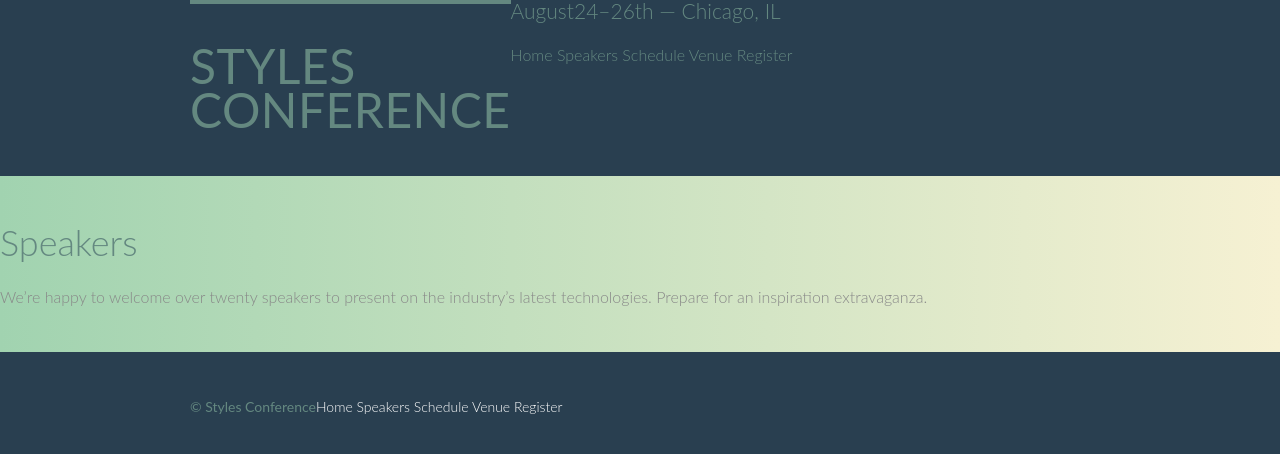
Repository: igorkovski/styles-conference
Page: speakers.html
The author's editor kept a record of every edit. The page is drawn from the files as they stood at one moment, then again after the next edit.
The browser window is 1280 px wide. The pictures show the whole page.

Above is the page before.

After the next edit:
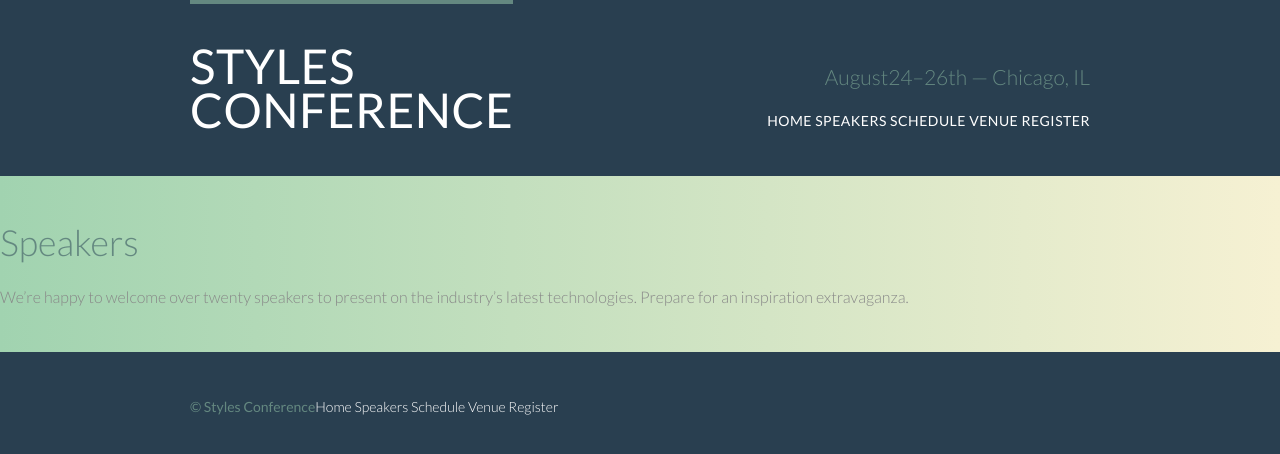
The edit:
--- a/speakers.html
+++ b/speakers.html
@@ -1,29 +1,33 @@
 <!DOCTYPE html>
 <html lang="en">
+
 	<head>
 		<meta charset="utf-8">
 		<title>Styles Conference</title>
 		<link rel="stylesheet" href="assets/stylesheets/main.css">
+    	           <link rel="stylesheet" href="http://fonts.googleapis.com/css?family=Lato:100,300,400">
 
 	</head>
 
 	<body>
-		<header class="container group">
-			<h1 class="logo">
-			  <a href="index.html">Styles <br> Conference</a>
-			</h1>
-			  <h3>August24&ndash;26th &mdash; Chicago, IL
-			</h3>
+	<!--Header-->
+	  <header class="primary-header container group">
 
-			<nav>
-			  <a href="index.html">Home</a>
-			  <a href="speakers.html">Speakers</a>
-			  <a href="schedule.html">Schedule</a>
-			  <a href="venue.html">Venue</a>
-			  <a href="register.html">Register</a>
-			</nav>
+	  	<h1 class="logo">
+	  	  <a href="index.html">Styles <br> Conference</a>
+	  	</h1>
+	  	  <h3 class="tagline">August24&ndash;26th &mdash; Chicago, IL
+	  	</h3>
 
-		</header>
+	  	<nav class="nav primary-nav">
+	  	  <a href="index.html">Home</a>
+	  	  <a href="speakers.html">Speakers</a>
+	  	  <a href="schedule.html">Schedule</a>
+	  	  <a href="venue.html">Venue</a>
+	  	  <a href="register.html">Register</a>
+	  	</nav>
+
+	  </header>
 
 		<!--Being Awesome -->
 
